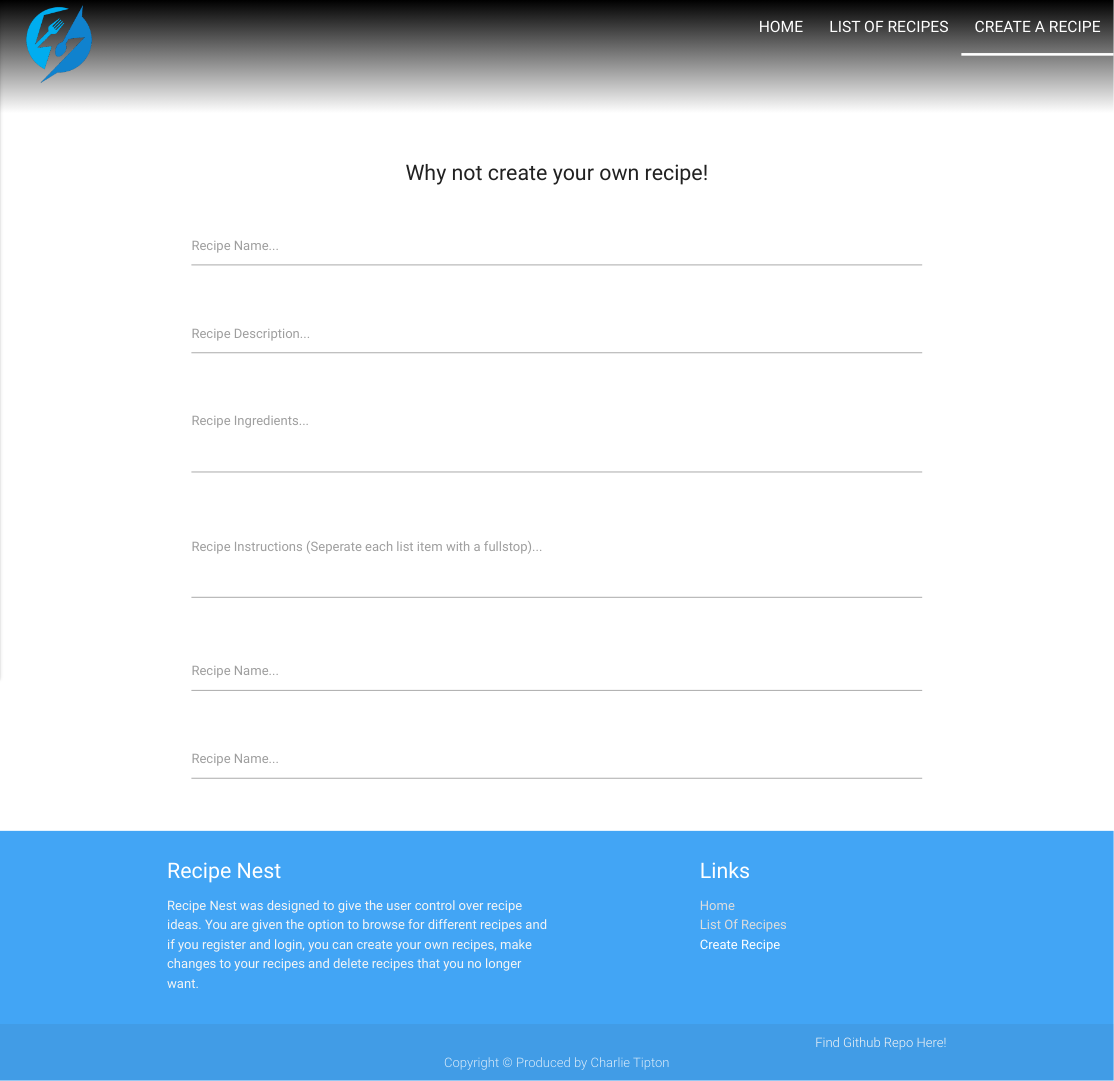
Repository: CharlieJT/Recipes
Page: http://localhost/create_recipe
The author's editor kept a record of every edit. The page is drawn from the files as they stood at one moment, then again after the next edit.
The browser window is 1280 px wide. The pictures show the whole page, at 87% of full size.
Some web libraries are served in a nearby version. The page is served by the project's application, run on Flask 3 (app.py).

Above is the page before.

After the next edit:
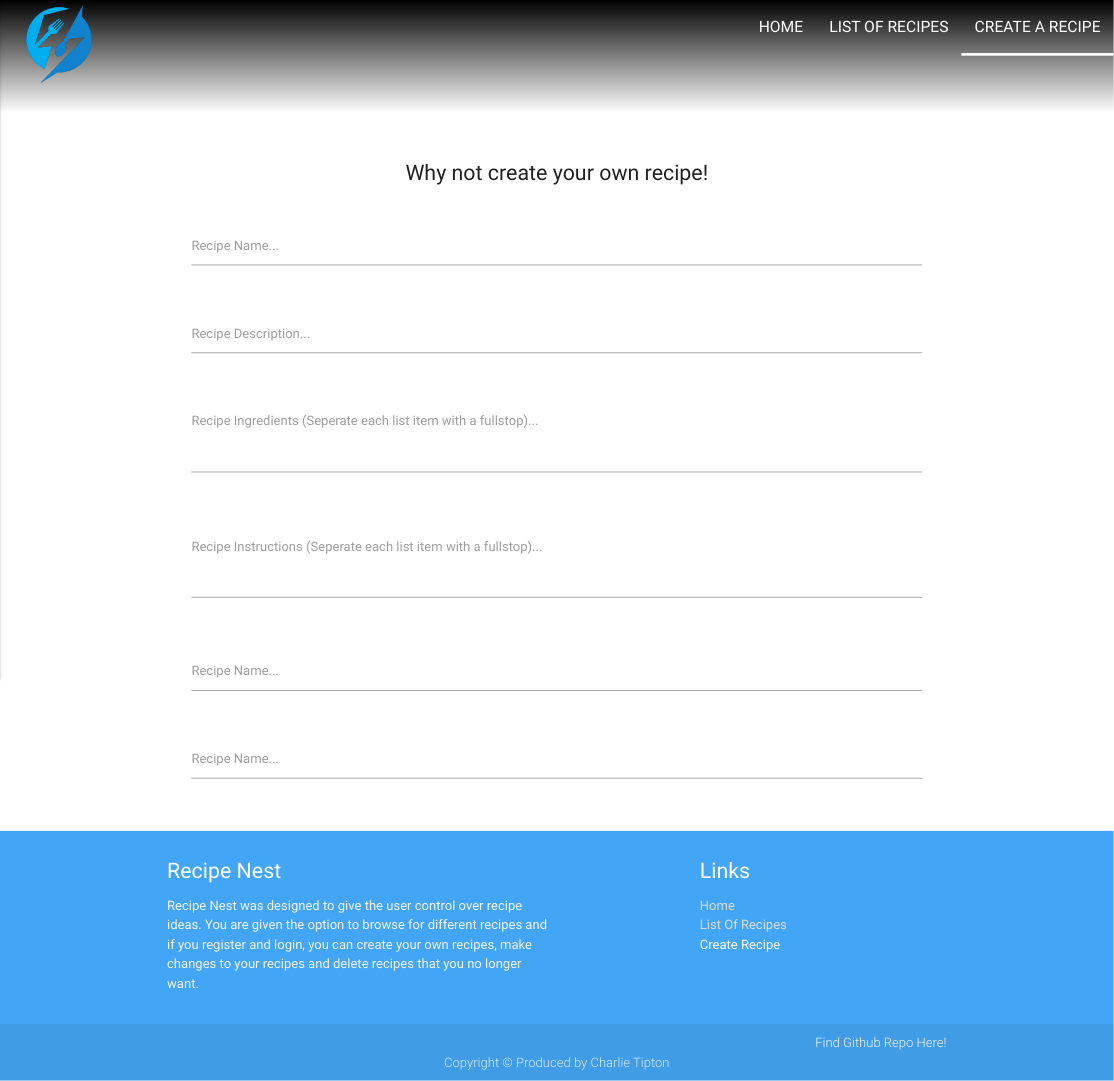
The edit:
--- a/templates/create-recipe.html
+++ b/templates/create-recipe.html
@@ -37,7 +37,7 @@
                         <div class="row recipe-name-input-row">
                             <div class="input-field col s12">
                                 <textarea id="create-recipe-listing" type="text" class="validate w-100 materialize-textarea" ></textarea>
-                                <label for="create-recipe-listing-label">Recipe Ingredients...</label>
+                                <label for="create-recipe-listing-label">Recipe Ingredients (Seperate each list item with a fullstop)...</label>
                             </div>
                         </div>
                         <div class="row recipe-name-input-row">
